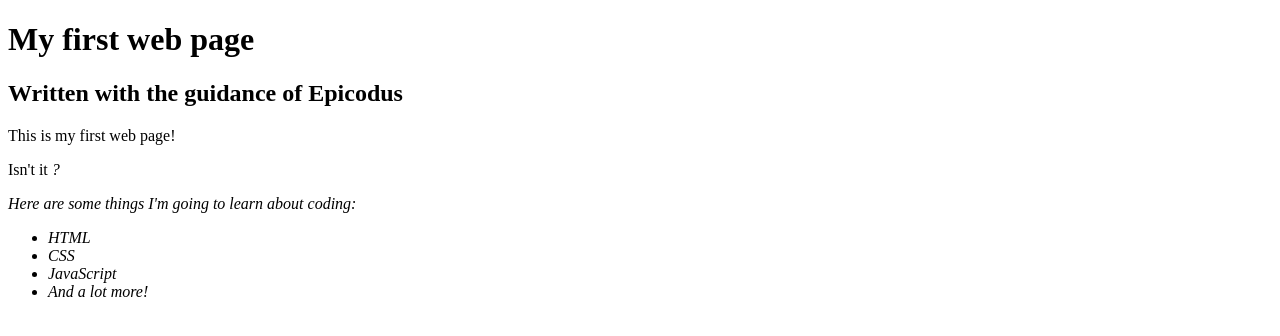
Repository: fieldceleste/my-first-webpage
Page: my-first-webpage.html
An editor plug-in stored every save of this project. The page is shown before and after the next save, followed by the edit.
The browser window is 1280 px wide. The pictures show the whole page.

Above is the page before, as saved 2019-10-23 18:57:17.

### my-first-webpage.html
<!DOCTYPE html>
<html>
    <head>
       <title><strong>Web page #1</strong></title>
    </head>
    <body>
      <h1>My first web page</h1>
      <h2>Written with the guidance of Epicodus</h2>

      <p>This is my first web page!</p>
      <p> Isn't it <em><nice</em>?</p>

      <p>Here are some things I'm going to learn about coding:</p>
      <ul>
        <li>HTML</li>
        <li>CSS</li>
        <li>JavaScript</li>
        <li>And a lot more!</li>

      </ul>
    </body>
</html>

After the next save:
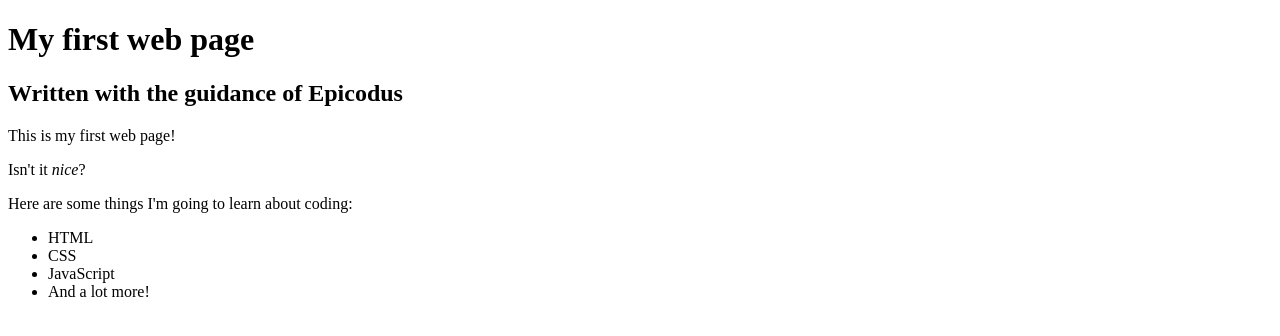
Saved 52 s later.
--- a/my-first-webpage.html
+++ b/my-first-webpage.html
@@ -8,7 +8,7 @@
       <h2>Written with the guidance of Epicodus</h2>
 
       <p>This is my first web page!</p>
-      <p> Isn't it <em><nice</em>?</p>
+      <p> Isn't it <em>nice</em>?</p>
 
       <p>Here are some things I'm going to learn about coding:</p>
       <ul>
